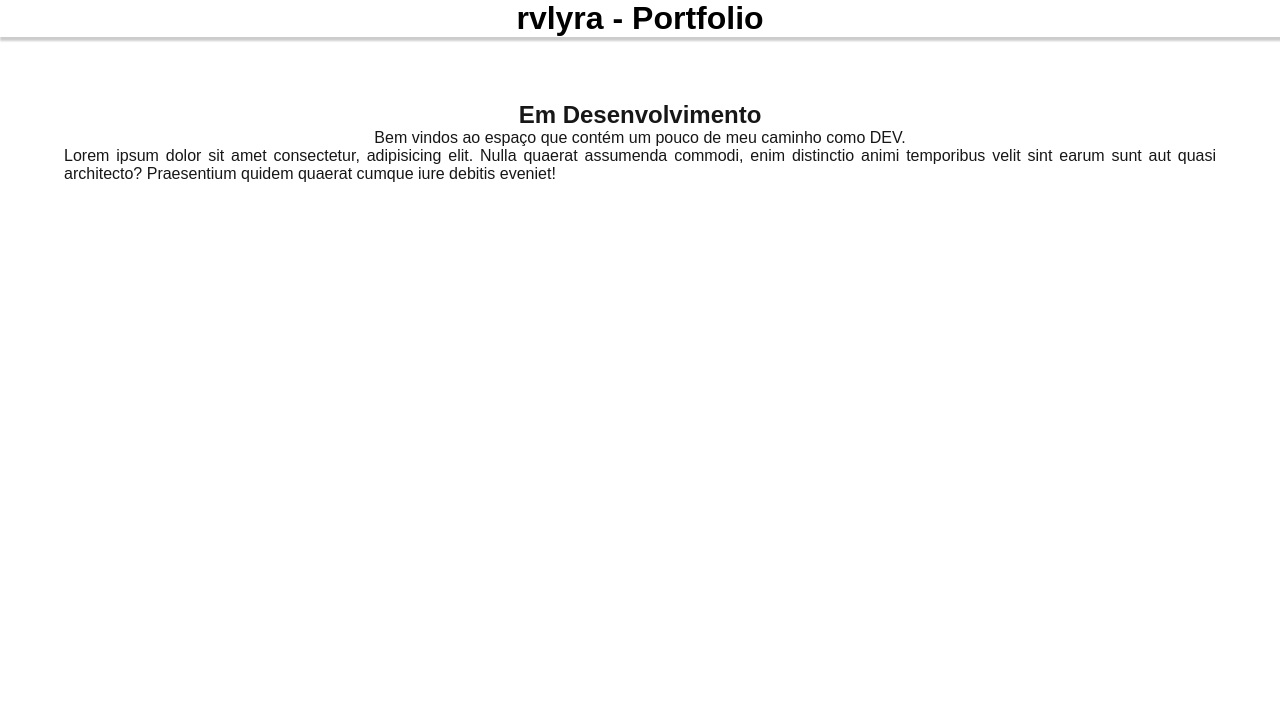
Repository: rvlyra/splash-screen-rvlyra
Page: Portfolio-RVLYRA/public/index.html
The author's editor kept a copy of each file at every save. The page is drawn from the files as they stood at one save, then again after the next save.
The browser window is 1280 px wide. The pictures show the whole page.
Some web fonts or font styles are not loaded; a fallback is used.

Above is the page before, as saved 2022-07-06 09:26:09.

After the next save:
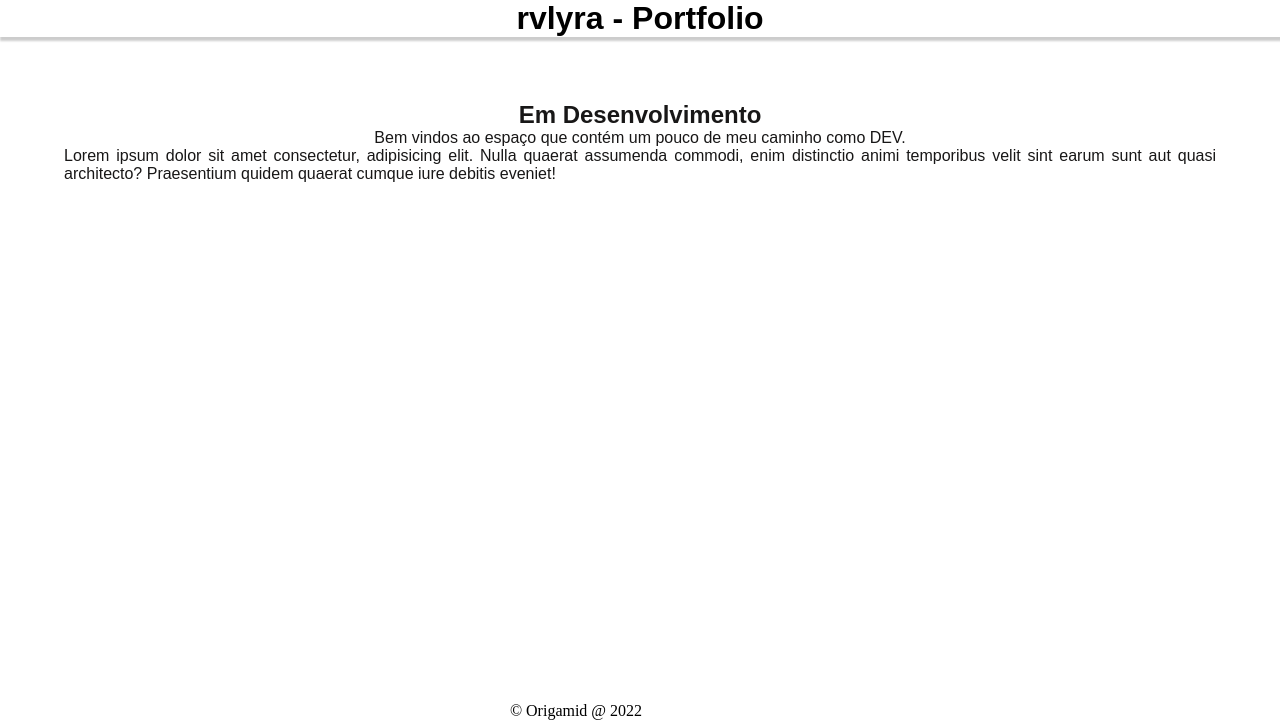
Saved 104 s later.
--- a/Portfolio-RVLYRA/public/index.html
+++ b/Portfolio-RVLYRA/public/index.html
@@ -20,5 +20,10 @@
     <section></section>
     <section></section>
 
+
+    <footer style=" bottom: 0; position: fixed; width: 90%;text-align: center;">
+        <p>&copy; Origamid  @ 2022</p>
+      </footer>
+
 </body>
 </html>
